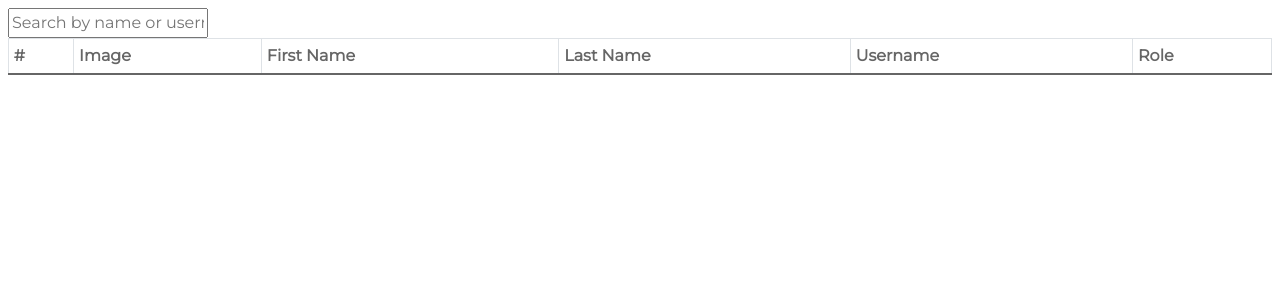
Repository: Arouja/frontgym
Page: /users
The author's editor kept a copy of each file at every save. The page is drawn from the files as they stood at one save, then again after the next save.
The browser window is 1280 px wide. The pictures show the whole page.
The page's requests for data from a server got no answer. Some web libraries are served in a nearby version. The project was rebuilt for these pictures with package versions that can differ from the ones it lists, and the page was loaded fresh each time. No one was signed in, and anything a server would have sent is missing. Also part of the build but not shown: src/App.css, src/actions/authActions.js, src/Components/navbar/CustomNavbar.jsx, src/Components/footer/footer.jsx, src/Components/about/About.jsx, src/Components/classes/Classes.jsx, src/Components/home/Home.jsx, src/Components/feature/Feature.jsx and 10 more.

Above is the page before, as saved 2023-10-11 00:51:15.

### public/index.html
<!DOCTYPE html>
<html lang="en">
  <head>
    <meta charset="utf-8" />
    <link rel="icon" href="%PUBLIC_URL%/favicon.ico" />
    <meta name="viewport" content="width=device-width, initial-scale=1" />
    <meta name="theme-color" content="#000000" />
    <meta
      name="description"
      content="Web site created using create-react-app"
    />
    <link href="https://cdn.jsdelivr.net/npm/bootstrap@5.0.2/dist/css/bootstrap.min.css" rel="stylesheet">
    <link href="https://cdnjs.cloudflare.com/ajax/libs/font-awesome/5.13.0/css/all.min.css" rel="stylesheet">
    <link rel="apple-touch-icon" href="%PUBLIC_URL%/logo192.png" />
    <!--
      manifest.json provides metadata used when your web app is installed on a
      user's mobile device or desktop. See https://developers.google.com/web/fundamentals/web-app-manifest/
    -->
    <link rel="manifest" href="%PUBLIC_URL%/manifest.json" />
    <!--
      Notice the use of %PUBLIC_URL% in the tags above.
      It will be replaced with the URL of the `public` folder during the build.
      Only files inside the `public` folder can be referenced from the HTML.

      Unlike "/favicon.ico" or "favicon.ico", "%PUBLIC_URL%/favicon.ico" will
      work correctly both with client-side routing and a non-root public URL.
      Learn how to configure a non-root public URL by running `npm run build`.
    -->
    <title>React App</title>

     <!-- Favicon -->
     <link href="img/favicon.ico" rel="icon">

     <!-- Font Awesome -->
     <link href="https://cdnjs.cloudflare.com/ajax/libs/font-awesome/5.10.0/css/all.min.css" rel="stylesheet">

     <!-- Flaticon Font -->
     <link href="lib/flaticon/font/flaticon.css" rel="stylesheet">

     <!-- Customized Bootstrap Stylesheet -->
     <link href="css/style.min.css" rel="stylesheet">






  </head>


  <body>
    <noscript>You need to enable JavaScript to run this app.</noscript>
    <div id="root"></div>
    <!--
      This HTML file is a template.
      If you open it directly in the browser, you will see an empty page.

      You can add webfonts, meta tags, or analytics to this file.
      The build step will place the bundled scripts into the <body> tag.

      To begin the development, run `npm start` or `yarn start`.
      To create a production bundle, use `npm run build` or `yarn build`.
    -->

    <!-- JavaScript Libraries -->
    <script src="https://code.jquery.com/jquery-3.4.1.min.js"></script>
    <script src="https://stackpath.bootstrapcdn.com/bootstrap/4.4.1/js/bootstrap.bundle.min.js"></script>
    <script src="lib/easing/easing.min.js"></script>
    <script src="lib/waypoints/waypoints.min.js"></script>

    <!-- Contact Javascript File -->
    <script src="mail/jqBootstrapValidation.min.js"></script>
    <script src="mail/contact.js"></script>

    <!-- Template Javascript -->
    <script src="js/main.js"></script>
    <script src="https://cdn.jsdelivr.net/npm/@popperjs/core@2.9.2/dist/umd/popper.min.js"></script>
    <script src="https://cdn.jsdelivr.net/npm/bootstrap@5.0.2/dist/js/bootstrap.min.js"></script>
    <script src="https://cdn.jsdelivr.net/npm/bootstrap@5.0.2/dist/js/bootstrap.bundle.min.js"></script>
    <script src="https://use.fontawesome.com/f59bcd8580.js"></script>
    <script src="https://cdn.jsdelivr.net/npm/@popperjs/core@2.9.2/dist/umd/popper.min.js"></script>
    <script src="https://cdn.jsdelivr.net/npm/bootstrap@5.0.2/dist/js/bootstrap.min.js"></script>
    <script src="https://cdn.jsdelivr.net/npm/bootstrap@5.0.2/dist/js/bootstrap.bundle.min.js"></script>

  </body>


</html>

### src/index.js
import React from 'react';
import ReactDOM from 'react-dom';
import { Provider } from 'react-redux';
import store from './store';
import App from './App';

ReactDOM.render(
  <Provider store={store}>
    <App />
  </Provider>,
  document.getElementById('root')
);

### src/store.js
import { createStore, applyMiddleware, combineReducers } from 'redux';
import thunk from 'redux-thunk';
import authReducer from './reducers/authReducer';

const rootReducer = combineReducers({
  auth: authReducer,
});

const store = createStore(rootReducer, applyMiddleware(thunk));

export default store;

### src/App.js
// import logo from './logo.svg';
import './App.css';
import { BrowserRouter, Routes, Route } from 'react-router-dom'; // Import BrowserRouter and Route directly

import About from './Components/about/About';
import Classes from './Components/classes/Classes';
import Home from './Components/home/Home';
import Feature from './Components/feature/Feature';
import Contact from './Components/contact/Contact';
import Login from './Components/login/Login';
import Profile from './Components/profile/profile';
import Signup from './Components/signup/Signup';
import Listcustomer from './Components/customer/Listcustomer';
import Activation from './Components/activation/Activation';
import Bmi from './Components/metrics/bmi';
import Orm from './Components/metrics/orm';
import Lbm from './Components/metrics/lbm';
import Users from './users/users';

function App() {
  return (
    <BrowserRouter> {/* Use BrowserRouter here */}
      {/* <CustomNavbar /> */}
      <Routes>
      <Route path="/" element={<Home />} />
        <Route path="/about" element={<About />} /> {/* Use Route inside Routes */}
        <Route path="/classes" element={<Classes />} />
        <Route path="/feature" element={<Feature />} />
        <Route path="/contact" element={<Contact />} />
        <Route path="/login" element={<Login />} />
        <Route path="/profile" element={<Profile />} />
        <Route path="/signup" element={<Signup />} />
        <Route path="/customer" element={<Listcustomer />} />
        <Route path="/bmi" element={<Bmi />} />
        <Route path="/orm" element={<Orm />} />
        <Route path="/lbm" element={<Lbm />} />
        <Route path="/users" element={<Users />} />
        <Route path="/activate/activate?token=:token" element={<Activation />} /> {/* Add the Activation route */}


        {/* <Route path="/home" element={<Home />} /> Use Route inside Routes */}

      </Routes>
      {/* <Footer /> */}
    </BrowserRouter>
  );
}

export default App;

### src/reducers/authReducer.js
import { LOGIN_SUCCESS, LOGOUT_SUCCESS, REGISTER_SUCCESS } from '../actions/types';

const initialState = {
  token: localStorage.getItem('token'),
};

const authReducer = (state = initialState, action) => {
  switch (action.type) {
    case LOGIN_SUCCESS:
    case REGISTER_SUCCESS:
      localStorage.setItem('token', action.payload);
      return {
        ...state,
        token: action.payload,
      };
    case LOGOUT_SUCCESS:
      localStorage.removeItem('token');
      return {
        ...state,
        token: null,
      };
    default:
      return state;
  }
};

export default authReducer;

### src/users/users.js
import React, { useState, useEffect } from 'react';
import Table from 'react-bootstrap/Table';

function Users() {
  const [users, setUsers] = useState([]);
  const [searchTerm, setSearchTerm] = useState('');

  useEffect(() => {
    fetch('http://localhost:8089/api/v1/users/all-users')
      .then(response => response.json())
      .then(data => setUsers(data))
      .catch(error => console.error('Error fetching data:', error));
  }, []);

  const filteredUsers = users.filter(user =>
    user.firstName.toLowerCase().includes(searchTerm.toLowerCase()) ||
    user.lastName.toLowerCase().includes(searchTerm.toLowerCase()) ||
    user.username.toLowerCase().includes(searchTerm.toLowerCase())
  );

  return (
    <div className="p-2">
      <input
        type="text"
        value={searchTerm}
        onChange={(e) => setSearchTerm(e.target.value)}
        placeholder="Search by name or username"
      />
      <Table striped bordered hover size="sm">
        <thead>
          <tr>
            <th>#</th>
            <th>Image</th>
            <th>First Name</th>
            <th>Last Name</th>
            <th>Username</th>
            <th>Role</th>

          </tr>
        </thead>
        <tbody>
          {filteredUsers.map((user, index) => (
            <tr key={user.id}>
              <td>{index + 1}</td>
              <td><img
                    src={require('../images/' + user.path)}
                    alt="Profile"
                    className="rounded-circle"
                    style={{
                      width: "40px",
                      height: "40px",
                      margin: "relative",
                    }}
                  /></td>
              <td>{user.firstName}</td>
              <td>{user.lastName}</td>
              <td>{user.username}</td>
              <td>{user.role}</td>

            </tr>
          ))}
        </tbody>
      </Table>
    </div>
  );
}

export default Users;

### src/actions/types.js
export const LOGIN_SUCCESS = 'LOGIN_SUCCESS';
export const LOGOUT_SUCCESS = 'LOGOUT_SUCCESS';
export const REGISTER_SUCCESS = 'REGISTER_SUCCESS';

### public/mail/contact.js
$(function () {

    $("#contactForm input, #contactForm textarea").jqBootstrapValidation({
        preventSubmit: true,
        submitError: function ($form, event, errors) {
        },
        submitSuccess: function ($form, event) {
            event.preventDefault();
            var name = $("input#name").val();
            var email = $("input#email").val();
            var subject = $("input#subject").val();
            var message = $("textarea#message").val();

            $this = $("#sendMessageButton");
            $this.prop("disabled", true);

            $.ajax({
                url: "contact.php",
                type: "POST",
                data: {
                    name: name,
                    email: email,
                    subject: subject,
                    message: message
                },
                cache: false,
                success: function () {
                    $('#success').html("<div class='alert alert-success'>");
                    $('#success > .alert-success').html("<button type='button' class='close' data-dismiss='alert' aria-hidden='true'>&times;")
                            .append("</button>");
                    $('#success > .alert-success')
                            .append("<strong>Your message has been sent. </strong>");
                    $('#success > .alert-success')
                            .append('</div>');
                    $('#contactForm').trigger("reset");
                },
                error: function () {
                    $('#success').html("<div class='alert alert-danger'>");
                    $('#success > .alert-danger').html("<button type='button' class='close' data-dismiss='alert' aria-hidden='true'>&times;")
                            .append("</button>");
                    $('#success > .alert-danger').append($("<strong>").text("Sorry " + name + ", it seems that our mail server is not responding. Please try again later!"));
                    $('#success > .alert-danger').append('</div>');
                    $('#contactForm').trigger("reset");
                },
                complete: function () {
                    setTimeout(function () {
                        $this.prop("disabled", false);
                    }, 1000);
                }
            });
        },
        filter: function () {
            return $(this).is(":visible");
        },
    });

    $("a[data-toggle=\"tab\"]").click(function (e) {
        e.preventDefault();
        $(this).tab("show");
    });
});

$('#name').focus(function () {
    $('#success').html('');
});

### public/js/main.js
(function ($) {
    "use strict";

    // Dropdown on mouse hover
    $(document).ready(function () {
        function toggleNavbarMethod() {
            if ($(window).width() > 992) {
                $('.navbar .dropdown').on('mouseover', function () {
                    $('.dropdown-toggle', this).trigger('click');
                }).on('mouseout', function () {
                    $('.dropdown-toggle', this).trigger('click').blur();
                });
            } else {
                $('.navbar .dropdown').off('mouseover').off('mouseout');
            }
        }
        toggleNavbarMethod();
        $(window).resize(toggleNavbarMethod);
    });


    // Back to top button
    $(window).scroll(function () {
        if ($(this).scrollTop() > 100) {
            $('.back-to-top').fadeIn('slow');
        } else {
            $('.back-to-top').fadeOut('slow');
        }
    });
    $('.back-to-top').click(function () {
        $('html, body').animate({scrollTop: 0}, 1500, 'easeInOutExpo');
        return false;
    });
})(jQuery);

Loaded but not shown: public/lib/flaticon/font/flaticon.css (common file); public/css/style.min.css (library); public/lib/easing/easing.min.js (common file); public/lib/waypoints/waypoints.min.js (library); public/mail/jqBootstrapValidation.min.js (library)

After the next save:
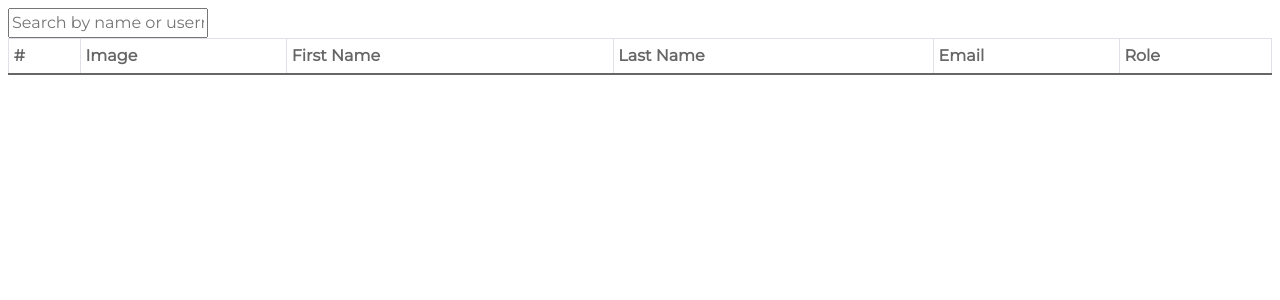
Saved 9 s later.
--- a/src/users/users.js
+++ b/src/users/users.js
@@ -33,7 +33,7 @@ function Users() {
             <th>Image</th>
             <th>First Name</th>
             <th>Last Name</th>
-            <th>Username</th>
+            <th>Email</th>
             <th>Role</th>
 
           </tr>
